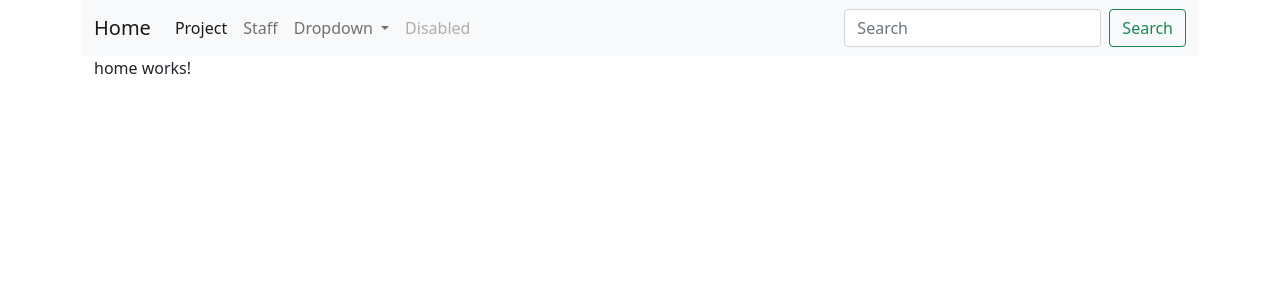
Repository: bro-gitcode/angularProject
Page: / (app in client/)
An editor plug-in stored every save of this project. The page is shown before and after a run of saves, followed by the edit.
The browser window is 1280 px wide. The pictures show the whole page.
The project was rebuilt for these pictures with package versions that can differ from the ones it lists, and the page was loaded fresh each time. Also part of the build but not shown: client/angular.json, client/src/app/list-project/list-project.component.ts, client/src/app/list-staff/list-staff.component.ts, client/src/app/list-task/list-task.component.ts, client/src/app/edit-project/edit-project.component.ts, client/src/app/edit-staff/edit-staff.component.ts, client/src/app/edit-task/edit-task.component.ts, client/src/app/not-found/not-found.component.ts.

Above is the page before, as saved 2024-06-16 19:41:38.

After the next 2 saves:
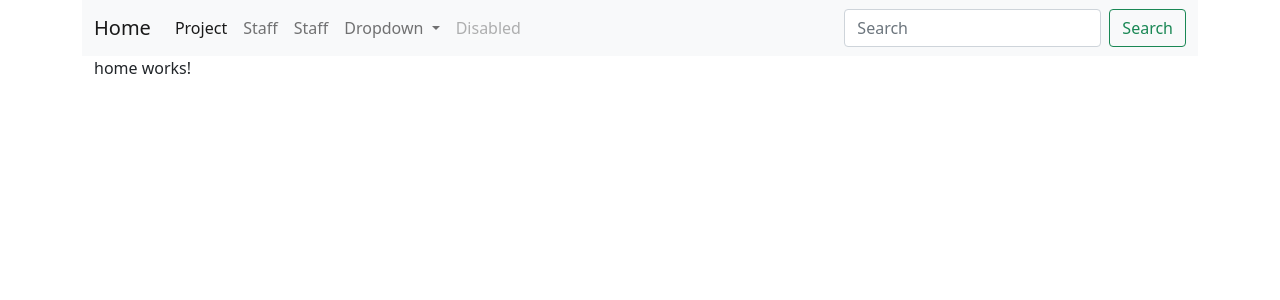
The 2 saves are shown as one change because they came seconds apart.
The last was saved 11 s later.
--- a/client/src/app/app.component.html
+++ b/client/src/app/app.component.html
@@ -8,6 +8,9 @@
       <ul class="navbar-nav me-auto mb-2 mb-lg-0">
         <li class="nav-item">
           <a class="nav-link active" aria-current="page" href="#">Project</a>
+        </li>
+        <li class="nav-item">
+          <a class="nav-link" href="#">Staff</a>
         </li>
         <li class="nav-item">
           <a class="nav-link" href="#">Staff</a>
